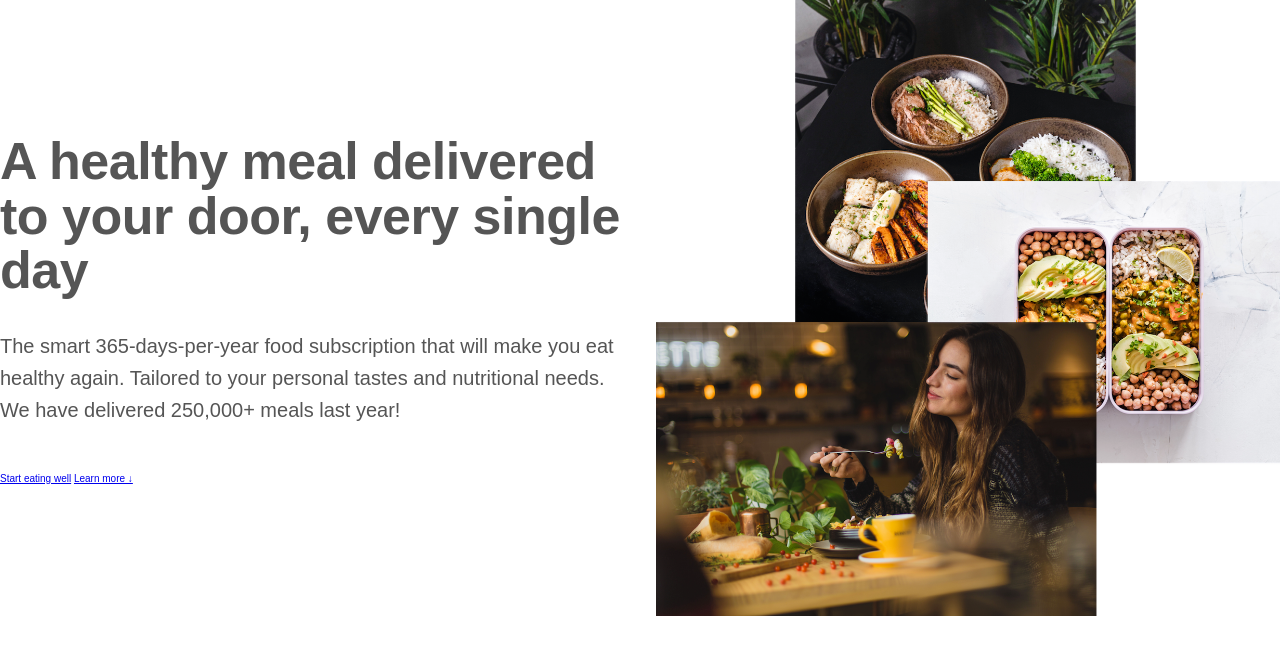
Repository: WefsCao/Omnifood
Page: index.html
These files come from the project's save history. The page is drawn as it stood at one moment and after the next save; the edit follows.
The browser window is 1280 px wide. The pictures show the whole page.

Above is the page before, as saved 2022-06-04 12:37:51.

After the next save:
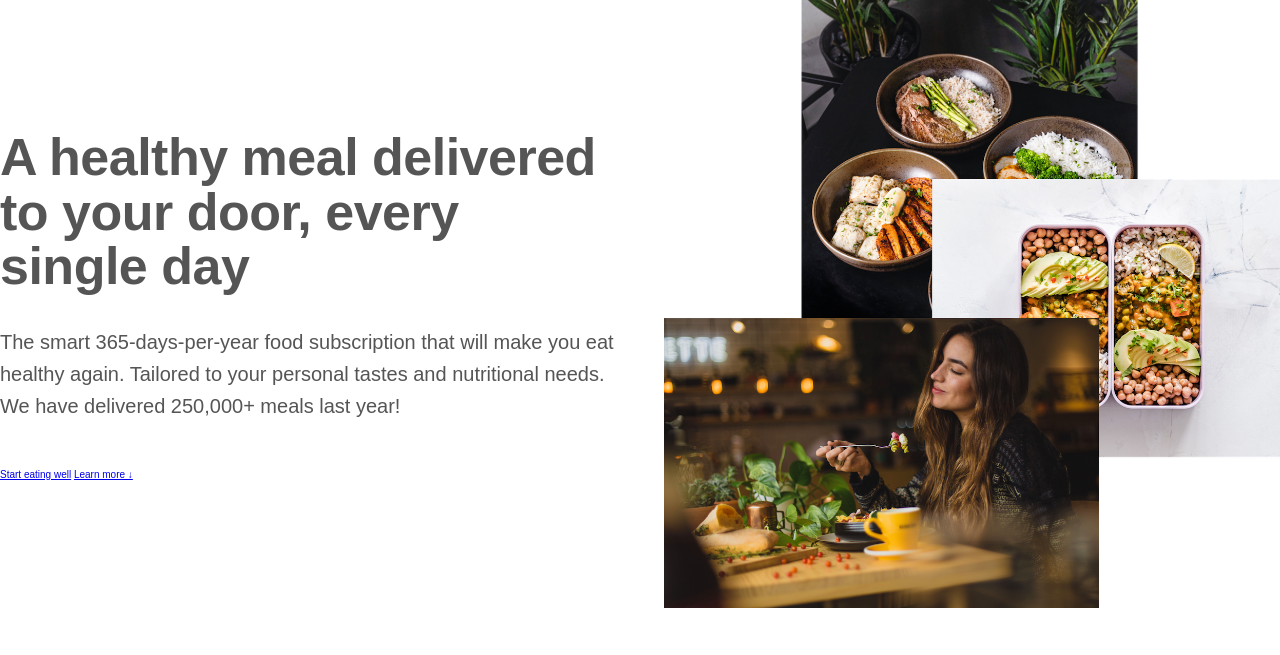
Saved 40 s later.
--- a/css/style.css
+++ b/css/style.css
@@ -46,7 +46,7 @@
 .hero {
   display: grid;
   grid-template-columns: 1fr 1fr;
-  gap: 3.2rem;
+  gap: 4.8rem;
   align-items: center;
   max-width: 130rem;
   margin: 0 auto;
